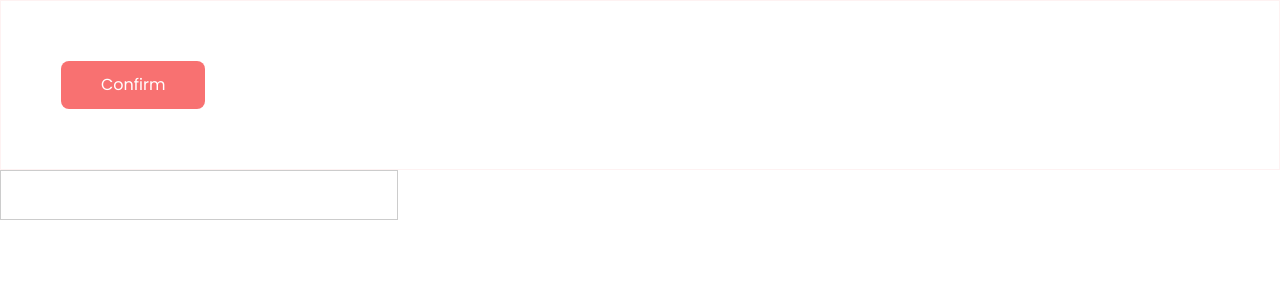
Repository: quangbeuu/Tailwind_learn
Page: Tailwind/index.html
These files come from the project's save history. The page is drawn as it stood at one moment and after the next save; the edit follows.
The browser window is 1280 px wide. The pictures show the whole page.

Above is the page before, as saved 2022-01-25 09:17:45.

### Tailwind/index.html
<!DOCTYPE html>
<html lang="en">
<head>
    <meta charset="UTF-8">
    <meta http-equiv="X-UA-Compatible" content="IE=edge">
    <meta name="viewport" content="width=device-width, initial-scale=1.0">
    <title>TailwindCss</title>
    <link rel="preconnect" href="https://fonts.googleapis.com">
    <link rel="preconnect" href="https://fonts.gstatic.com" crossorigin>
    <link href="https://fonts.googleapis.com/css2?family=Poppins:wght@100;200;300;400;500;600;700&display=swap" rel="stylesheet">

    <link rel="stylesheet" href="./build/tailwind.css">
    <link rel="stylesheet" href="./build/app.css">
</head>
<body>
    <!-- VD1: -->
    <!-- <div class="pt-12">
        <h1 class="text-center text-[#ffa400] text-lg sm:text-2xl md:text-3xl lg:text-4xl font-semibold mb-5">Live anywhere</h1>
        <h2 class="text-center font-light text-xl text-[#07a787] mb-35">
            Keep calm & travel on
        </h2>
        <div class="grid grid-cols-1 lg:grid-cols-3 gap-x-[37px] max-w-6xl mx-auto px-[15px] gap-y-7 lg:gap-y-0">
            <div>
                <div class="h-96 mb-5">
                    <img src="https://images.unsplash.com/photo-1509281373149-e957c6296406?ixlib=rb-1.2.1&ixid=MnwxMjA3fDB8MHxwaG90by1wYWdlfHx8fGVufDB8fHx8&auto=format&fit=crop&w=728&q=80" alt="" class="w-full h-full rounded-lg object-cover">
                </div>
                <h3 class="text-center font-medium text-lg mb-3">Enjoy the greate</h3>
                <span class="block text-center text-gray-400 text-sm">6,789 properties</span>
            </div>
            <div>
                <div class="h-96 mb-5">
                    <img src="https://images.unsplash.com/photo-1509281373149-e957c6296406?ixlib=rb-1.2.1&ixid=MnwxMjA3fDB8MHxwaG90by1wYWdlfHx8fGVufDB8fHx8&auto=format&fit=crop&w=728&q=80" alt="" class="w-full h-full rounded-lg object-cover">
                </div>
                <h3 class="text-center font-medium text-lg mb-3">Enjoy the greate</h3>
                <span class="block text-center text-gray-400 text-sm">6,789 properties</span>
            </div>
            <div>
                <div class="h-96 mb-5">
                    <img src="https://images.unsplash.com/photo-1509281373149-e957c6296406?ixlib=rb-1.2.1&ixid=MnwxMjA3fDB8MHxwaG90by1wYWdlfHx8fGVufDB8fHx8&auto=format&fit=crop&w=728&q=80" alt="" class="w-full h-full rounded-lg object-cover">
                </div>
                <h3 class="text-center font-medium text-lg mb-3">Enjoy the greate</h3>
                <span class="block text-center text-gray-400 text-sm">6,789 properties</span>
            </div>
        </div>
    </div> -->
    <!-- VD2: -->
    <div class="group p-10 border border-red-50">
        <button class="inline-block py-3 px-10 m-5 text-white bg-[#6A5AF9] lg:group-hover:bg-red-400 transition-colors rounded-lg">Confirm</button>
    </div>
    <input type="text" class="py-3 px-10 border border-[#ccc]">
</body>
</html>

### Tailwind/build/app.css
body{
    font-family: "Poppins",sans-serif;
}

Loaded but not shown: Tailwind/build/tailwind.css (library)

After the next save:
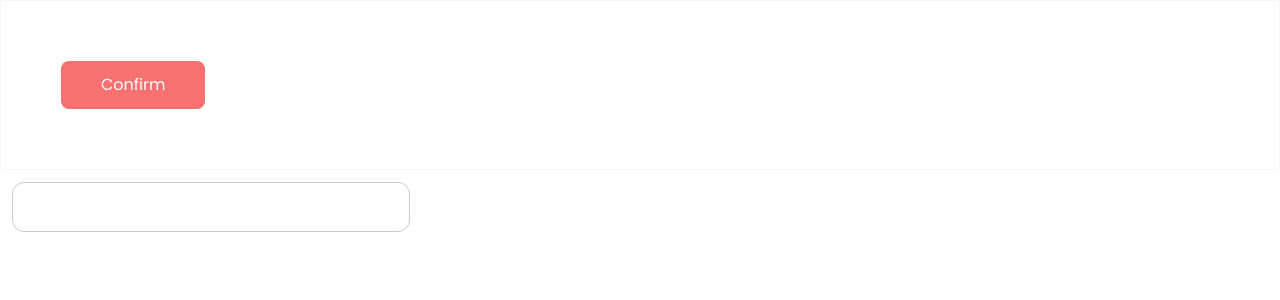
Saved 23 s later.
--- a/Tailwind/index.html
+++ b/Tailwind/index.html
@@ -47,6 +47,6 @@
     <div class="group p-10 border border-red-50">
         <button class="inline-block py-3 px-10 m-5 text-white bg-[#6A5AF9] lg:group-hover:bg-red-400 transition-colors rounded-lg">Confirm</button>
     </div>
-    <input type="text" class="py-3 px-10 border border-[#ccc]">
+    <input type="text" class="py-3 px-10 border border-[#ccc] outline-none rounded-xl m-3">
 </body>
 </html>
